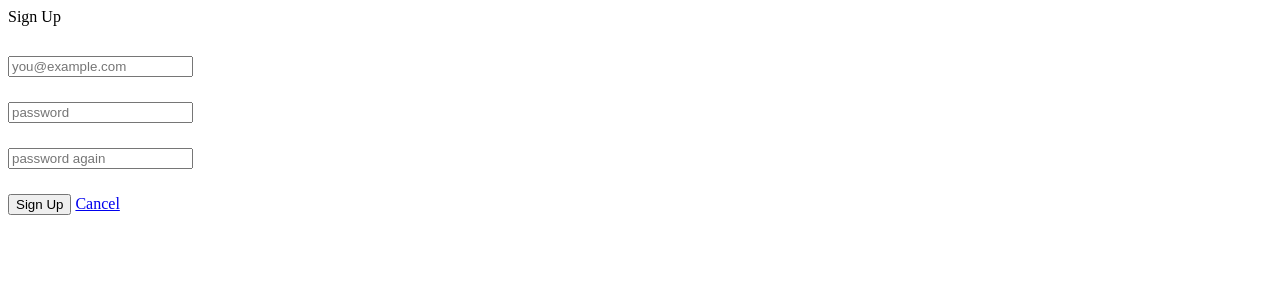
Repository: terameta/com.luckynode.cloud
Page: client/partials/authentication/signupModal.html
The author's editor kept a record of every edit. The page is drawn from the files as they stood at one moment, then again after the next edit.
The browser window is 1280 px wide. The pictures show the whole page.

Above is the page before.

### client/partials/authentication/signupModal.html
<div id="loginbox">
	<div class="panel panel-info" style="margin:0;padding:0">
		<div class="panel-heading">
			<div class="panel-title">Sign Up</div>
		</div>
		<div class="panel-body" style="padding-top:30px;">
			<div style="display:none" id="signup-alert" class="alert alert-danger col-sm-12"></div>
			<form id="signupform" class="form-horizontal" role="form" ng-submit="signupModalController.submit(_email, _password)">
				<div class="input-group" style="margin-bottom:25px;">
					<span class="input-group-addon"><i class="glyphicon glyphicon-user"></i></span>
					<input type="email" ng-model="_email" placeholder="you@example.com" class="form-control" />
				</div>
				<div class="input-group" style="margin-bottom:25px;">
					<span class="input-group-addon"><i class="glyphicon glyphicon-lock"></i></span>
					<input type="password" ng-model="_password" placeholder="password" class="form-control" />
				</div>
				<div class="input-group" style="margin-bottom:25px;">
					<span class="input-group-addon"><i class="glyphicon glyphicon-lock"></i></span>
					<input type="password" ng-model="_passworda" placeholder="password again" class="form-control" />
				</div>
				<div style="margin-top:10px" class="form-group">
					<div class="col-sm-12 controls">
						<button type="submit" class="btn btn-success btn-sm">Sign Up</button>
						<a id="btn-login" href="#" class="btn btn-danger btn-sm">Cancel</a>
					</div>
				</div>
			</form>
		</div>
	</div>
</div>
<!--



-->

<!--div id="loginbox" style="margin:0;padding:0">
		<div class="panel panel-info">
			<div class="panel-heading">
				<div class="panel-title">Sign In</div>
				<div style="float:right; font-size: 80%; position: relative; top:-10px"><a href="#">Forgot password?</a>
				</div>
			</div>
			<div style="padding-top:30px" class="panel-body">

				<div style="display:none" id="login-alert" class="alert alert-danger col-sm-12"></div>

				<form id="loginform" class="form-horizontal" role="form">


					<div style="margin-top:10px" class="form-group">

						<div class="col-sm-12 controls">
							<a id="btn-login" href="#" class="btn btn-success">Login  </a>
							<a id="btn-fblogin" href="#" class="btn btn-primary">Login with Facebook</a>

						</div>
					</div>


					<div class="form-group">
						<div class="col-md-12 control">
							<div style="border-top: 1px solid#888; padding-top:15px; font-size:85%">
								Don't have an account!
								<a href="#" onClick="$('#loginbox').hide(); $('#signupbox').show()">
                                            Sign Up Here
                                        </a>
							</div>
						</div>
					</div>
				</form>
			</div>

		</div>
	</div-->
<!--div id="signupbox" style="display:none;">
		<div class="panel panel-info">
			<div class="panel-heading">
				<div class="panel-title">Sign Up</div>
				<div style="float:right; font-size: 85%; position: relative; top:-10px"><a id="signinlink" href="#" onclick="$('#signupbox').hide(); $('#loginbox').show()">Sign In</a>
				</div>
			</div>
			<div class="panel-body">
				<form id="signupform" class="form-horizontal" role="form">
					<div id="signupalert" style="display:none" class="alert alert-danger">
						<p>Error:</p>
						<span></span>
					</div>
					<div class="form-group">
						<label for="email" class="col-md-3 control-label">Email</label>
						<div class="col-md-9">
							<input type="text" class="form-control" name="email" placeholder="Email Address">
						</div>
					</div>

					<div class="form-group">
						<label for="firstname" class="col-md-3 control-label">First Name</label>
						<div class="col-md-9">
							<input type="text" class="form-control" name="firstname" placeholder="First Name">
						</div>
					</div>
					<div class="form-group">
						<label for="lastname" class="col-md-3 control-label">Last Name</label>
						<div class="col-md-9">
							<input type="text" class="form-control" name="lastname" placeholder="Last Name">
						</div>
					</div>
					<div class="form-group">
						<label for="password" class="col-md-3 control-label">Password</label>
						<div class="col-md-9">
							<input type="password" class="form-control" name="passwd" placeholder="Password">
						</div>
					</div>
					<div class="form-group">
						<label for="icode" class="col-md-3 control-label">Invitation Code</label>
						<div class="col-md-9">
							<input type="text" class="form-control" name="icode" placeholder="">
						</div>
					</div>
					<div class="form-group">
						<div class="col-md-offset-3 col-md-9">
							<button id="btn-signup" type="button" class="btn btn-info"><i class="icon-hand-right"></i> &nbsp Sign Up</button>
							<span style="margin-left:8px;">or</span>
						</div>
					</div>
					<div style="border-top: 1px solid #999; padding-top:20px" class="form-group">
						<div class="col-md-offset-3 col-md-9">
							<button id="btn-fbsignup" type="button" class="btn btn-primary"><i class="icon-facebook"></i>   Sign Up with Facebook</button>
						</div>
					</div>
				</form>
			</div>
		</div>
	</div-->

After the next edit:
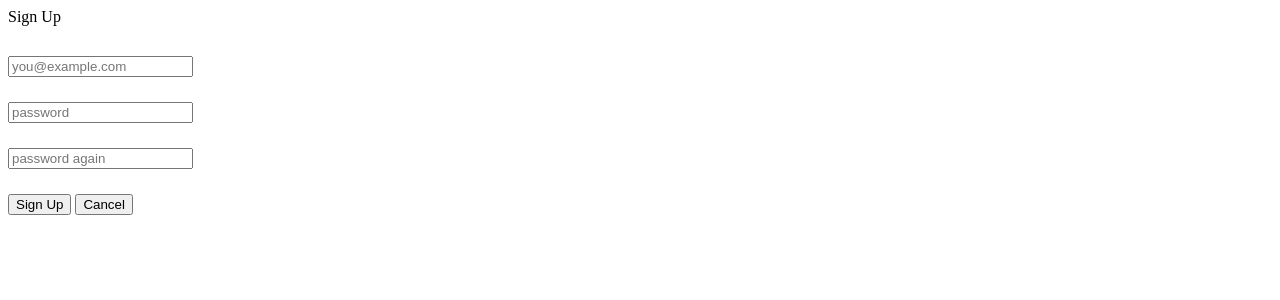
The edit:
--- a/client/partials/authentication/signupModal.html
+++ b/client/partials/authentication/signupModal.html
@@ -21,7 +21,7 @@
 				<div style="margin-top:10px" class="form-group">
 					<div class="col-sm-12 controls">
 						<button type="submit" class="btn btn-success btn-sm">Sign Up</button>
-						<a id="btn-login" href="#" class="btn btn-danger btn-sm">Cancel</a>
+						<button ng-click="signupModalController.cancel()" class="btn btn-danger btn-sm">Cancel</button>
 					</div>
 				</div>
 			</form>
